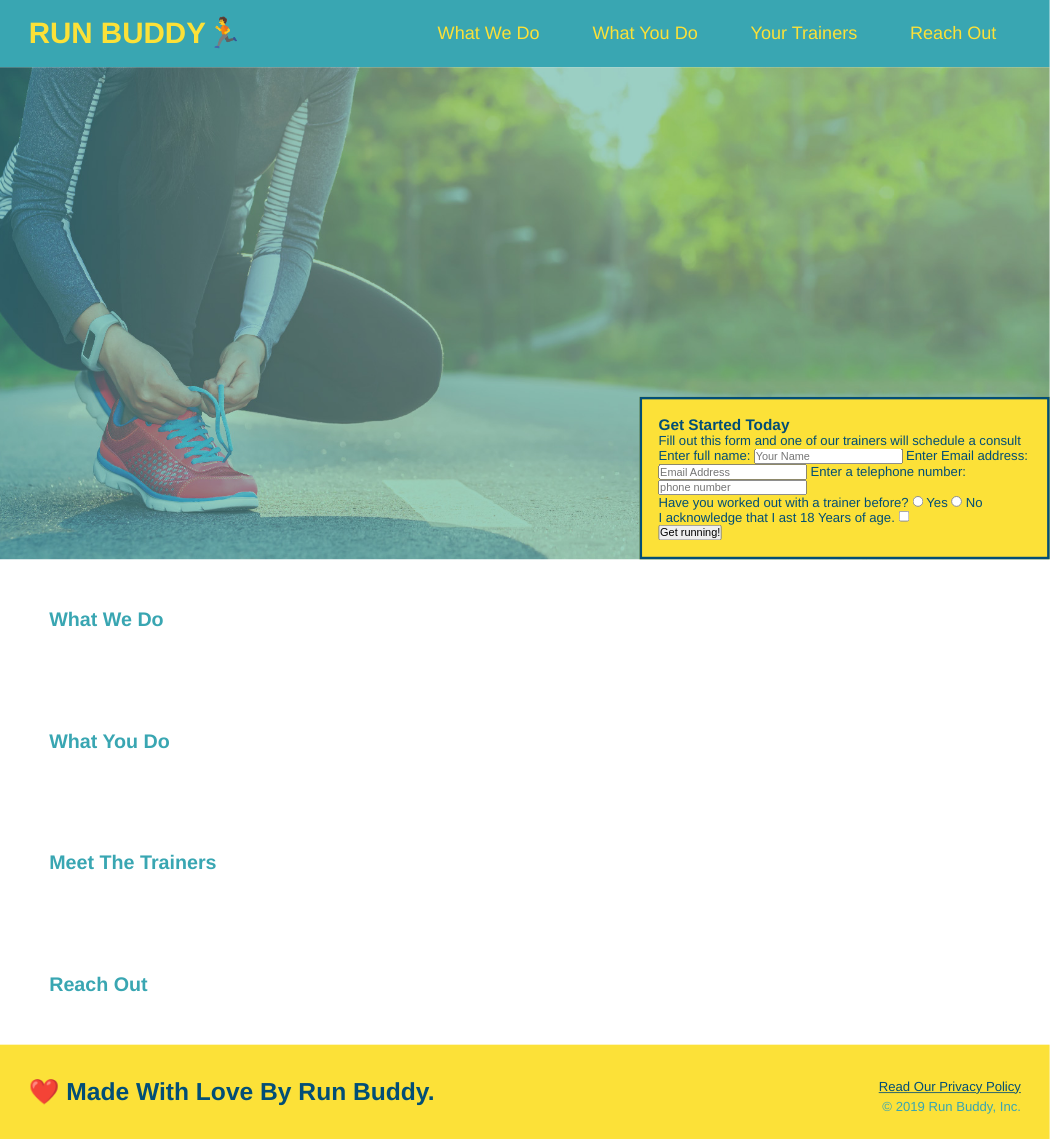
Repository: pilar122/run-buddy
Page: index.html
The author's editor kept a copy of each file at every save. The page is drawn from the files as they stood at one save, then again after the next save.
The browser window is 1280 px wide. The pictures show the whole page, at 82% of full size.

Above is the page before, as saved 2023-01-21 14:24:55.

After the next save:
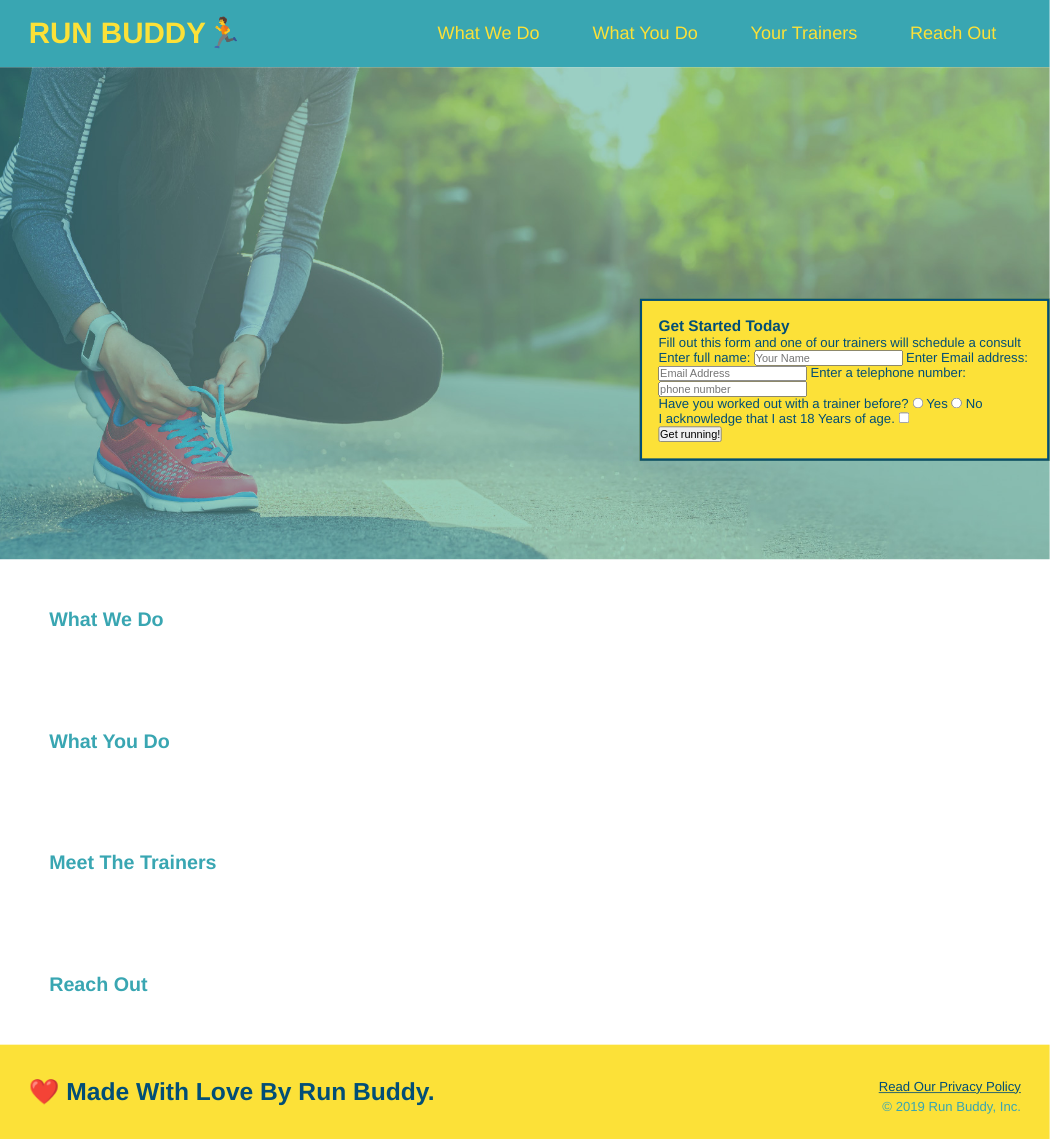
Saved 68 s later.
--- a/assets/css/style.css
+++ b/assets/css/style.css
@@ -88,6 +88,6 @@ section {
     width: 500px;
     color: #024e76;
     position: absolute;
-    bottom: 0px;
+    bottom: 120px;
     right: 0px;
 }
